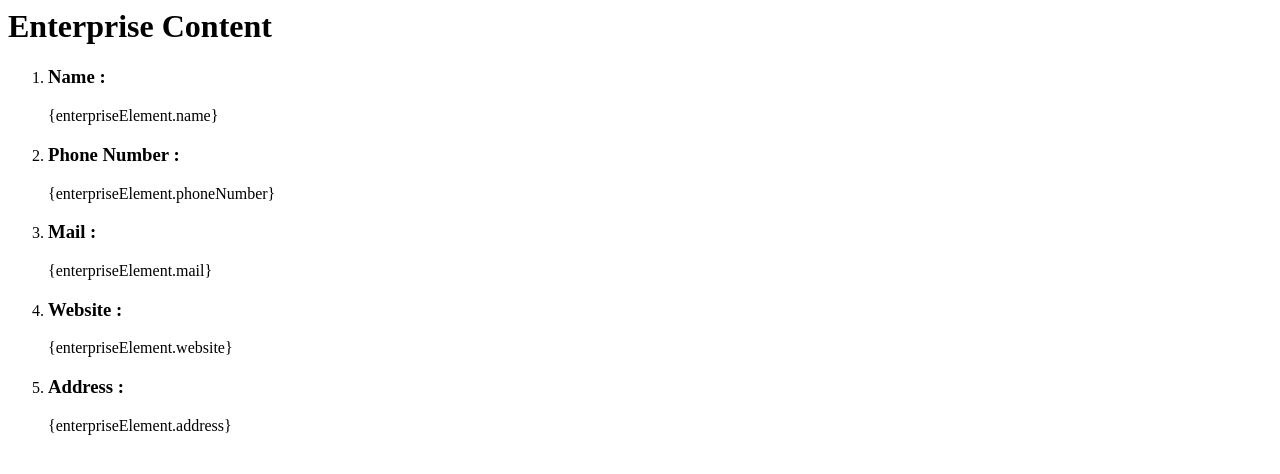
Repository: afif-dhaw/extension-builder
Page: extensions/formation/Resources/Private/Templates/Content/Enterprise.html
These files come from the project's save history. The page is drawn as it stood at one moment and after the next save; the edit follows.
The browser window is 1280 px wide. The pictures show the whole page.

Above is the page before, as saved 2023-03-27 11:02:31.

After the next save:
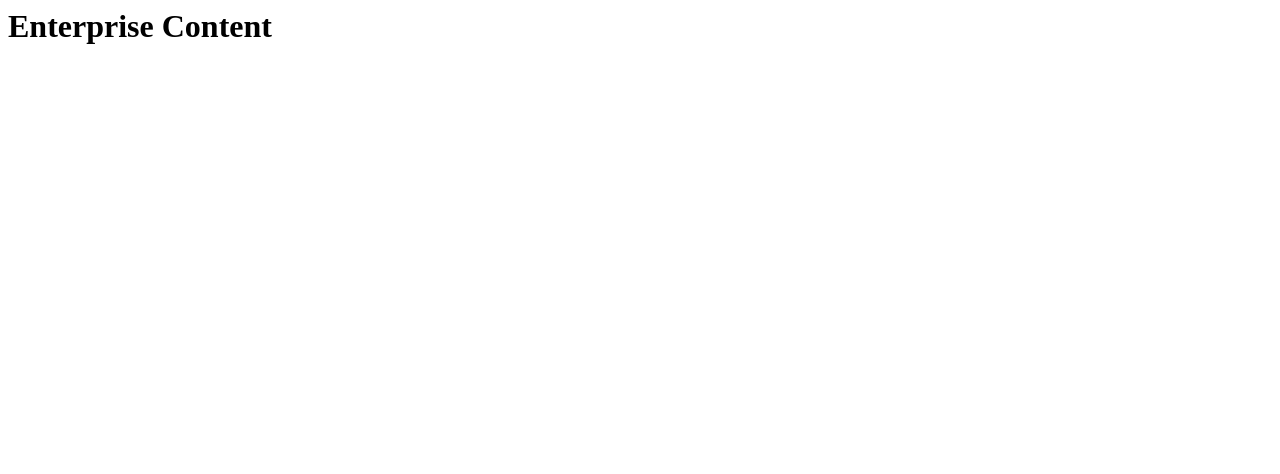
Saved 100 s later.
--- a/extensions/formation/Resources/Private/Templates/Content/Enterprise.html
+++ b/extensions/formation/Resources/Private/Templates/Content/Enterprise.html
@@ -15,26 +15,7 @@
 </f:section>
 
 <f:section name="Main">
-  <p:enterpriseGetContent enterpriseId="{enterpriseId}">
 
-  </p:enterpriseGetContent>
-  <ol>
-    <li>
-      <h3>Name : </h3>{enterpriseElement.name}
-    </li>
-    <li>
-      <h3>Phone Number : </h3>{enterpriseElement.phoneNumber}
-    </li>
-    <li>
-      <h3>Mail : </h3>{enterpriseElement.mail}
-    </li>
-    <li>
-      <h3>Website : </h3>{enterpriseElement.website}
-    </li>
-    <li>
-      <h3>Address : </h3>{enterpriseElement.address}
-    </li>
-  </ol>
 </f:section>
 
 </html>

After the save that followed:
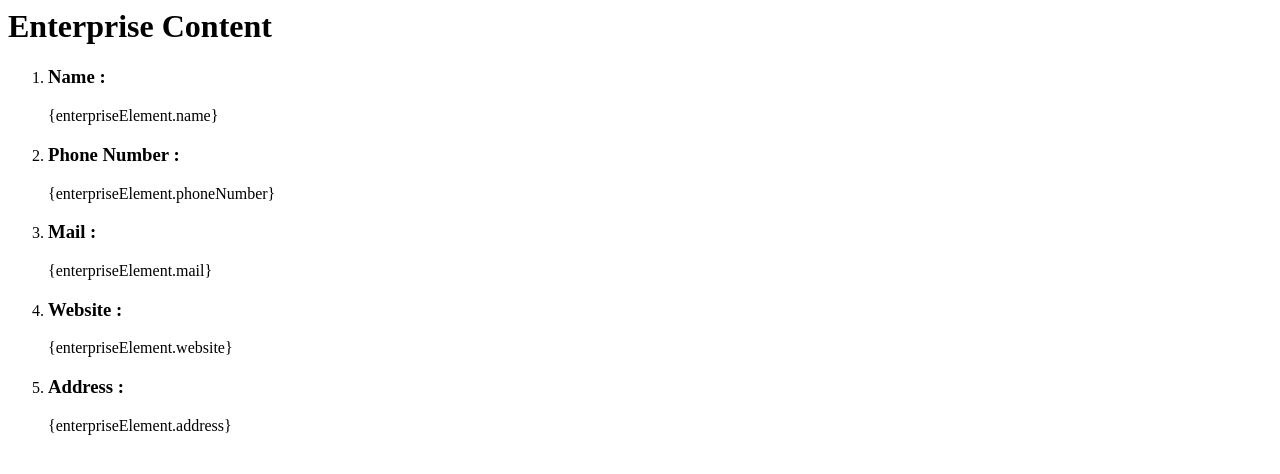
Saved 12 s later.
--- a/extensions/formation/Resources/Private/Templates/Content/Enterprise.html
+++ b/extensions/formation/Resources/Private/Templates/Content/Enterprise.html
@@ -15,7 +15,26 @@
 </f:section>
 
 <f:section name="Main">
+  <p:enterpriseGetContent enterpriseId="{enterpriseId}">
 
+  </p:enterpriseGetContent>
+  <ol>
+    <li>
+      <h3>Name : </h3>{enterpriseElement.name}
+    </li>
+    <li>
+      <h3>Phone Number : </h3>{enterpriseElement.phoneNumber}
+    </li>
+    <li>
+      <h3>Mail : </h3>{enterpriseElement.mail}
+    </li>
+    <li>
+      <h3>Website : </h3>{enterpriseElement.website}
+    </li>
+    <li>
+      <h3>Address : </h3>{enterpriseElement.address}
+    </li>
+  </ol>
 </f:section>
 
 </html>
